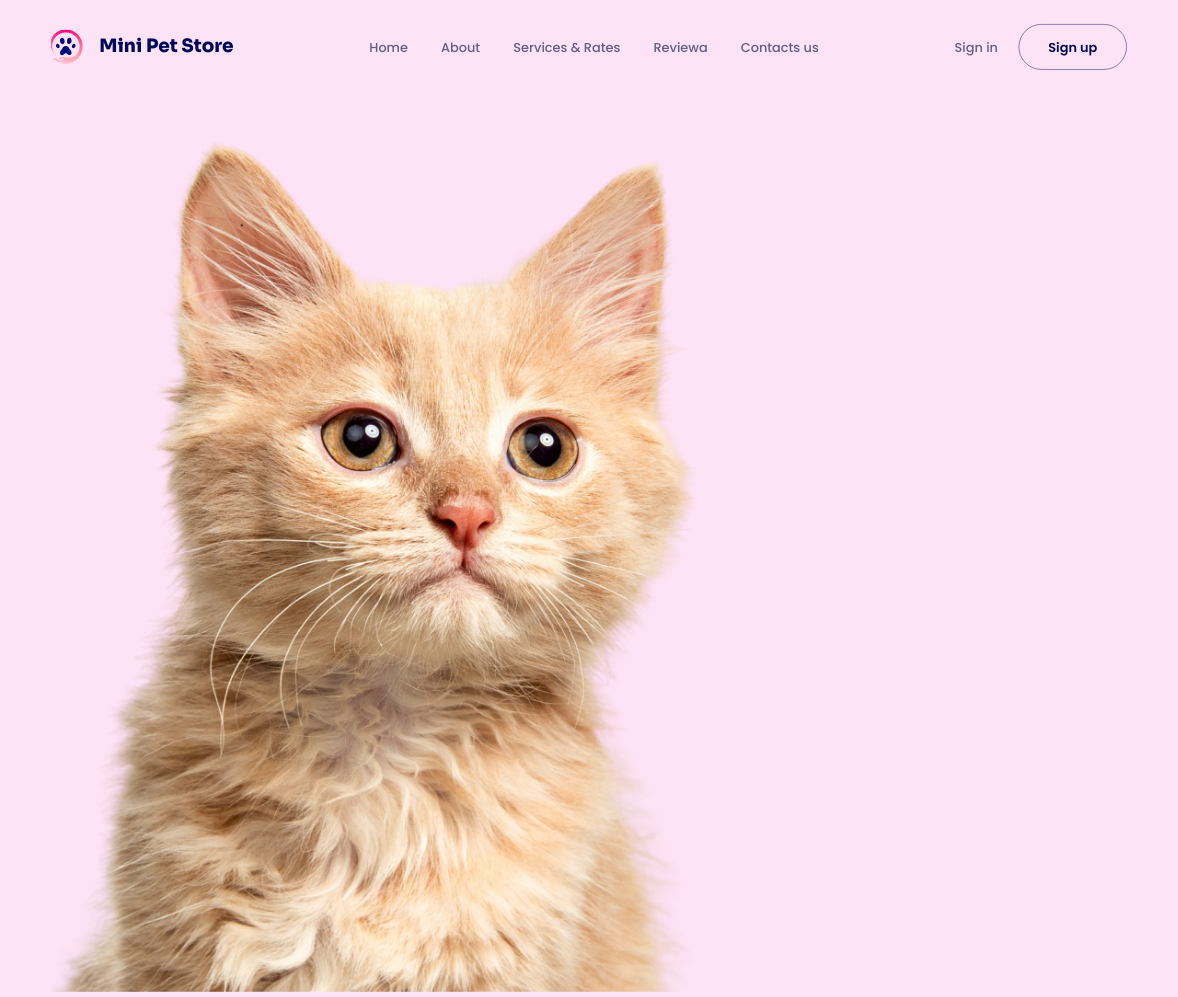
Repository: Tran-Dat/ASM-HTML5-F8-04
Page: index.html
An editor plug-in stored every save of this project. The page is shown before and after the next save, followed by the edit.
The browser window is 1280 px wide. The pictures show the whole page, at 92% of full size.

Above is the page before, as saved 2023-06-12 15:51:25.

After the next save:
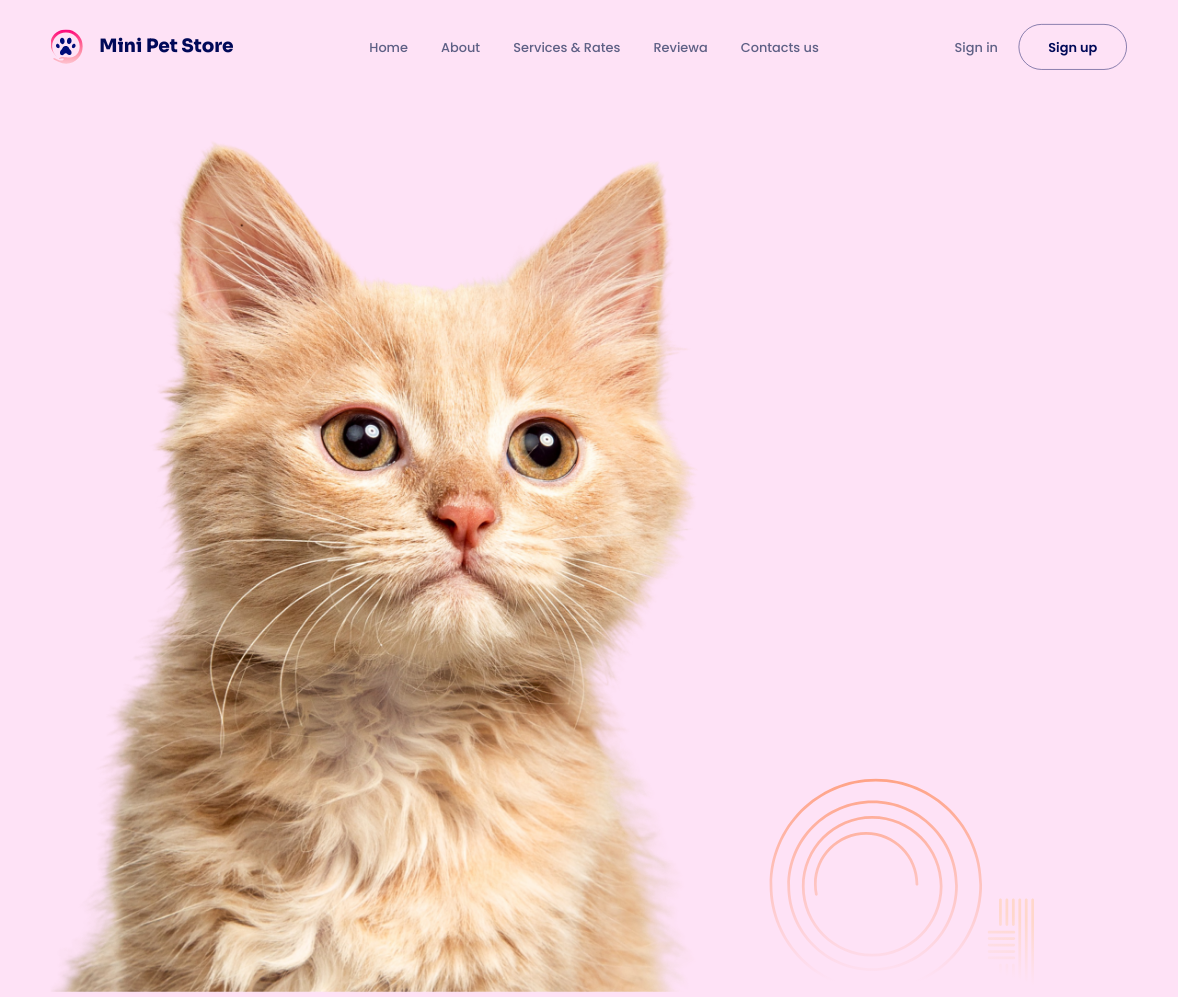
Saved 17 s later.
--- a/index.html
+++ b/index.html
@@ -156,8 +156,16 @@
                             />
 
                             <!-- Decorators -->
-                            <img src="" alt="" class="hero__decor" />
-                            <img src="" alt="" class="hero__decor" />
+                            <img
+                                src="./assets/img/decor-01.svg"
+                                alt=""
+                                class="hero__decor"
+                            />
+                            <img
+                                src="./assets/img/decor-02.svg"
+                                alt=""
+                                class="hero__decor"
+                            />
                         </div>
                     </div>
 
